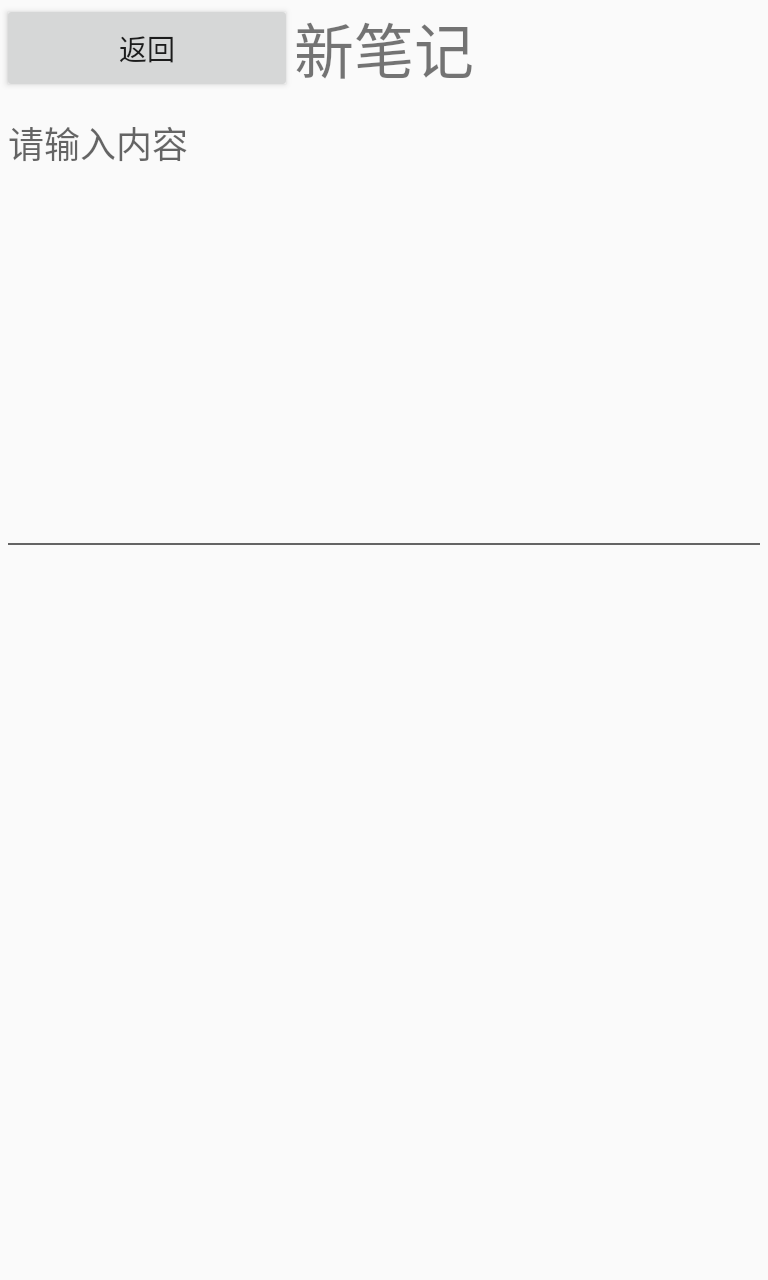
Repository: mxfpaul/Test
Layout: Note/MyNote2/res/layout/newnote.xml
These files come from the project's save history. The layout is drawn as it stood at one moment and after the next save; the edit follows.
It is drawn on a 768 x 1280 px phone screen (xhdpi) without system bars, with theme AppTheme; the app's code is not run.

Above is the layout before, as saved 2014-11-19 23:20:21.

### Note/MyNote2/res/layout/newnote.xml
<?xml version="1.0" encoding="utf-8"?>
<TableLayout xmlns:android="http://schemas.android.com/apk/res/android"
    android:layout_width="match_parent"
    android:layout_height="wrap_content"
    android:orientation="vertical" >

    <TableRow
        android:id="@+id/new_row1"
        android:layout_width="match_parent"
        android:layout_height="wrap_content"
        android:orientation="horizontal"
         >

        <Button
            android:id="@+id/new_button_setting"

            android:layout_weight="1"
            android:text="@string/new_button_text1" />

        <TextView
            android:id="@+id/new_textview_all"
            android:layout_gravity="center"
            android:layout_weight="3"
            android:text="@string/new_textview_text"
            android:textSize="30sp" />
		<!--
        <TextView
            android:id="@+id/new_textview_all"
            android:layout_gravity="center"

            android:text="@string/new_textview_text"
            android:textSize="30sp" />

        <Button
            android:id="@+id/new_button_new"

            android:text="@string/new_button_text2" />
            -->
    </TableRow>

    <TableRow
        android:id="@+id/new_row2"
        android:layout_width="match_parent" >

        <EditText
            android:id="@+id/new_edittext_content"
            android:layout_width="match_parent"
            android:layout_height="wrap_content"
            android:layout_weight="1"
            android:gravity="top"
            android:hint="@string/new_edittext_text"
            android:lines="10" />
    </TableRow>

</TableLayout>

### Note/MyNote2/res/values/strings.xml
<?xml version="1.0" encoding="utf-8"?>
<resources>

    <string name="app_name">MyNote2</string>
    <string name="hello_world">Hello world!</string>
    <string name="action_settings">Settings</string>
    <string name="home_button_text1">设置</string>
    <string name="home_button_text2">新建</string>
    <string name="home_textview_text">全部笔记</string>
    <string name="new_button_text1">返回</string>
    <string name="new_button_text2">完成</string>
    <string name="new_textview_text">新笔记</string>
    <string name="view_button_text1">返回</string>
    <string name="view_button_text2">更改</string>
    <string name="view_textview_text">待录入</string>
    <string name="new_edittext_text">请输入内容</string>

</resources>

Loaded but not shown: Note/MyNote2/res/values/styles.xml (common file); Note/MyNote2/res/values-v11/styles.xml (common file); Note/MyNote2/res/values-v14/styles.xml (common file)

After the next save:
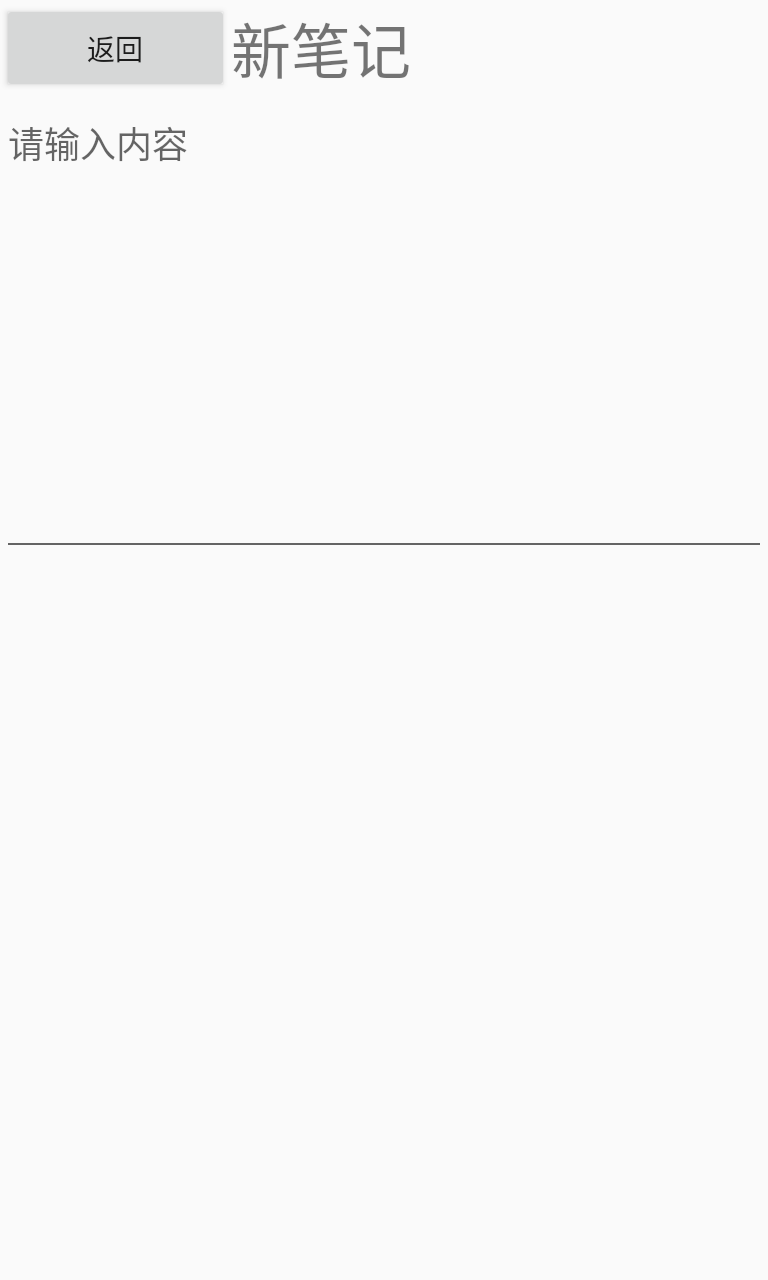
Saved 5 s later.
--- a/Note/MyNote2/res/layout/newnote.xml
+++ b/Note/MyNote2/res/layout/newnote.xml
@@ -20,7 +20,7 @@
         <TextView
             android:id="@+id/new_textview_all"
             android:layout_gravity="center"
-            android:layout_weight="3"
+            android:layout_weight="10"
             android:text="@string/new_textview_text"
             android:textSize="30sp" />
 		<!--
